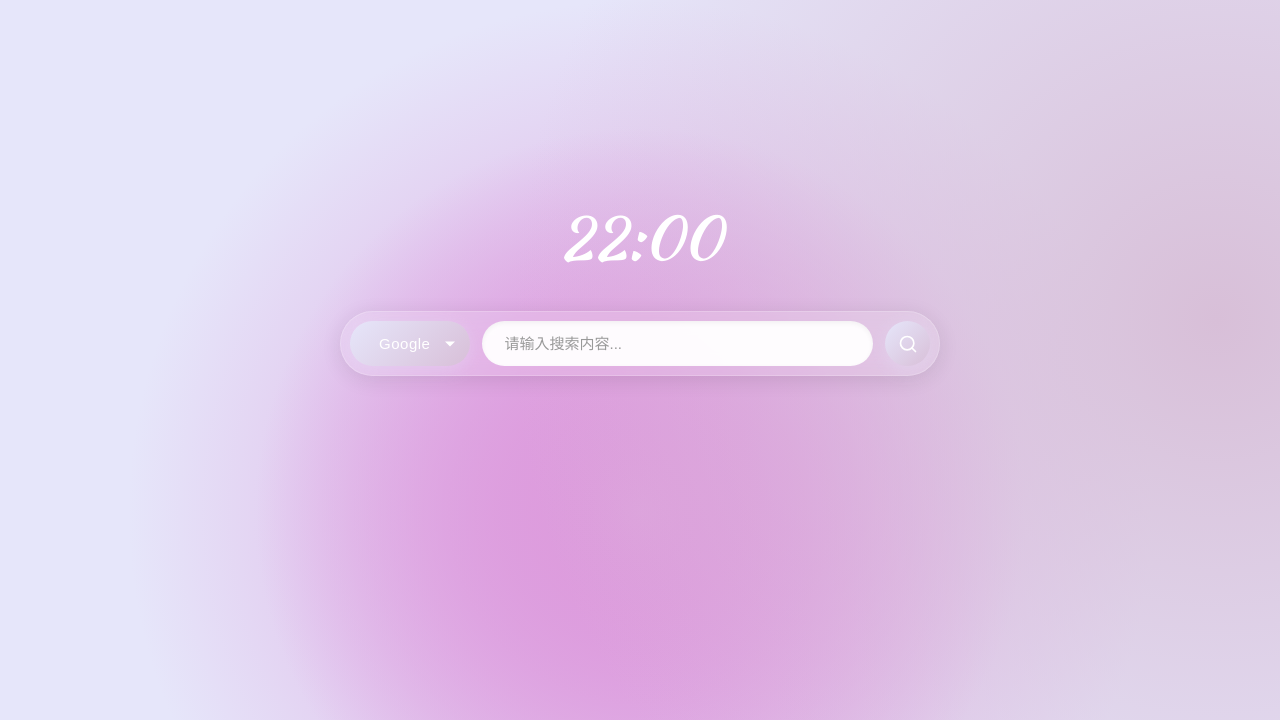
Repository: RADEKWRLD/NaviR
Page: index.html
An editor plug-in stored every save of this project. The page is shown before and after the next save, followed by the edit.
The browser window is 1280 px wide. The pictures show the whole page.

Above is the page before, as saved 2025-05-23 23:18:32.
Console error: TypeError: Cannot read properties of null (reading 'appendChild')

### index.html
<!DOCTYPE html>
<html lang="en">
<head>
    <meta charset="UTF-8">
    <meta name="viewport" content="width=device-width, initial-scale=1.0">
    <title>Document</title>
    <link rel="stylesheet" href="style.css">
</head>
<body>
    <div id="main">
        <div id="clock"><span>00:00</span></div>

        <div class="search-container">
            <form id="search-form">
                <div class="engine-dropdown">
                    <button type="button" id="engine-btn" class="engine-btn">Google</button>
                    <ul id="engine-menu" class="engine-menu">
                        <li data-value="Google">
                            <!-- Google SVG -->
                            <svg width="20" height="20" viewBox="0 0 48 48"><g><path fill="#4285F4" d="M43.6 20.5H42V20H24v8h11.3C34.7 32.1 30.1 36 24 36c-6.6 0-12-5.4-12-12s5.4-12 12-12c2.7 0 5.2.9 7.2 2.4l6-6C33.5 5.1 28.1 3 24 3 12.9 3 4 11.9 4 23s8.9 20 20 20c11 0 19.7-8 19.7-20 0-1.3-.1-2.7-.3-4z"/><path fill="#34A853" d="M6.3 14.7l6.6 4.8C14.5 16.1 18.9 13 24 13c2.7 0 5.2.9 7.2 2.4l6-6C33.5 5.1 28.1 3 24 3c-7.7 0-14.2 4.4-17.7 10.7z"/><path fill="#FBBC05" d="M24 43c6.1 0 11.2-2 14.9-5.4l-6.9-5.7C30.1 36 25.5 38 24 38c-5.1 0-9.5-3.1-11.1-7.5l-6.6 5.1C9.8 39.6 16.3 43 24 43z"/><path fill="#EA4335" d="M43.6 20.5H42V20H24v8h11.3c-1.1 3.1-4.3 6-7.3 7.5l6.9 5.7C40.2 39.6 44 32.7 44 24c0-1.3-.1-2.7-.4-3.5z"/></g></svg>
                            Google
                        </li>
                        <li data-value="Bing">
                            <!-- 新 Bing SVG -->
                            <svg class="icon" width="20" height="20" viewBox="0 0 1024 1024" version="1.1" xmlns="http://www.w3.org/2000/svg">
                                <path d="M213.333333 770.986667 626.346667 546.986667 512 491.946667 442.453333 332.8 810.666667 452.266667 810.666667 631.466667 382.72 890.453333 213.333333 770.986667 213.333333 133.546667 384 192 384 618.666667 213.333333 770.986667Z"></path>
                            </svg>
                            Bing
                        </li>
                        <li data-value="百度">
                            <!-- 百度 SVG -->
                            <svg xmlns="http://www.w3.org/2000/svg" viewBox="32.482 0 961.665 1077.564" width="20" height="20">
                                <path fill="#3245DF" d="M184.682 538.759c111.177-23.874 96.03-156.737 92.702-185.776-5.445-44.768-58.102-123.02-129.606-116.831-89.98 8.074-103.126 138.052-103.126 138.052-12.17 60.08 29.132 188.452 140.03 164.555zM302.746 769.86c-3.257 9.331-10.517 33.228-4.234 54.03 12.402 46.677 52.912 48.77 52.912 48.77h58.218V730.35h-62.336c-28.016 8.354-41.535 30.157-44.56 39.51zm88.281-453.898c61.406 0 111.037-70.667 111.037-158.04C502.064 70.643 452.433 0 391.027 0c-61.312 0-111.06 70.643-111.06 157.923 0 87.373 49.77 158.04 111.06 158.04zm264.47 10.447c82.068 10.657 134.84-76.925 145.335-143.31 10.703-66.292-42.256-143.288-100.357-156.527-58.218-13.356-130.909 79.904-137.54 140.704-7.912 74.32 10.633 148.593 92.562 159.133zm201.086 390.213s-126.976-98.24-201.11-204.414C555 355.66 412.272 419.37 364.525 498.993 316.987 578.594 242.9 628.947 232.382 642.28c-10.68 13.124-153.385 90.166-121.694 230.87 31.669 140.612 142.939 137.936 142.939 137.936s81.998 8.074 177.12-13.217c95.168-21.104 177.096 5.26 177.096 5.26s222.284 74.435 283.108-68.852c60.754-143.334-34.368-217.654-34.368-217.654zM476.26 929.88H331.739c-62.406-12.449-87.257-55.03-90.398-62.29-3.072-7.376-20.802-41.604-11.425-99.845 26.968-87.257 103.87-93.516 103.87-93.516h76.926v-94.563l65.524 1V929.88zm269.146-1h-166.3c-64.453-16.614-67.455-62.407-67.455-62.407v-183.89l67.455-1.094v165.276c4.119 17.637 26.015 20.825 26.015 20.825h68.525V682.581h71.76v246.297zm235.408-490.99c0-31.76-26.387-127.394-124.23-127.394-98.008 0-111.108 90.258-111.108 154.06 0 60.894 5.142 145.894 126.883 143.195 121.788-2.7 108.455-137.936 108.455-169.86zm0 0"/>
                            </svg>
                            百度
                        </li>
                        <li data-value="BingCN">
                            <!-- 新必应中国 SVG（同 Bing） -->
                            <svg class="icon" width="20" height="20" viewBox="0 0 1024 1024" version="1.1" xmlns="http://www.w3.org/2000/svg">
                                <path d="M213.333333 770.986667 626.346667 546.986667 512 491.946667 442.453333 332.8 810.666667 452.266667 810.666667 631.466667 382.72 890.453333 213.333333 770.986667 213.333333 133.546667 384 192 384 618.666667 213.333333 770.986667Z"></path>
                            </svg>
                            BingCN
                        </li>
                        <li data-value="GitHub">
                            <!-- GitHub SVG -->
                            <svg width="20" height="20" viewBox="0 0 24 24"><path fill="#181717" d="M12 2C6.48 2 2 6.58 2 12.26c0 4.5 2.87 8.32 6.84 9.67.5.09.68-.22.68-.48 0-.24-.01-.87-.01-1.7-2.78.62-3.37-1.36-3.37-1.36-.45-1.17-1.1-1.48-1.1-1.48-.9-.63.07-.62.07-.62 1 .07 1.53 1.05 1.53 1.05.89 1.56 2.34 1.11 2.91.85.09-.66.35-1.11.63-1.37-2.22-.26-4.56-1.14-4.56-5.07 0-1.12.39-2.03 1.03-2.75-.1-.26-.45-1.3.1-2.7 0 0 .84-.28 2.75 1.05A9.38 9.38 0 0 1 12 6.84c.85.004 1.71.12 2.51.35 1.91-1.33 2.75-1.05 2.75-1.05.55 1.4.2 2.44.1 2.7.64.72 1.03 1.63 1.03 2.75 0 3.94-2.34 4.81-4.57 5.07.36.32.68.94.68 1.9 0 1.37-.01 2.47-.01 2.8 0 .27.18.58.69.48A10.01 10.01 0 0 0 22 12.26C22 6.58 17.52 2 12 2Z"/></svg>
                            GitHub
                        </li>
                        <li data-value="知乎">
                            <!-- 知乎 SVG（简化版） -->
                            <svg width="20" height="20" viewBox="0 0 48 48"><rect x="8" y="8" width="32" height="32" rx="6" fill="#0084ff"/><text x="24" y="32" text-anchor="middle" font-size="18" fill="#fff" font-family="Arial">知</text></svg>
                            知乎
                        </li>
                    </ul>
                </div>
                <input type="text" id="search-input" placeholder="请输入搜索内容...">
                <button type="submit" class="search-icon" id="search-btn">
                    <svg xmlns="http://www.w3.org/2000/svg" width="20" height="20" viewBox="0 0 24 24" fill="none" stroke="currentColor" stroke-width="2" stroke-linecap="round" stroke-linejoin="round">
                        <circle cx="11" cy="11" r="8"></circle>
                        <line x1="21" y1="21" x2="16.65" y2="16.65"></line>
                    </svg>
                </button>
            </form>
        </div>




    </div>




    <script src="main/script.js"></script>
</body>
</html>

### style.css
@font-face {
    font-family: 'Kaushan Script';
    src: url('/Kaushan_Script/KaushanScript-Regular.ttf') format('truetype');
}

:root {
    font-size: 15px;
    /* Default color scheme */
    --primary-color: #e493d0;
    --gradient-1: rgba(235, 105, 78, 1);
    --gradient-2: rgba(243, 11, 164, 1);
    --gradient-3: rgba(254, 234, 131, 1);
    --gradient-4: rgba(170, 142, 245, 1);
    --gradient-5: rgba(248, 192, 147, 1);
    /* Button colors */
    --button-gradient-start: #e493d0;
    --button-gradient-end: #d17dbd;
    --button-hover-start: #d17dbd;
    --button-hover-end: #e493d0;
    --button-shadow: rgba(228, 147, 208, 0.3);
    --button-hover-shadow: rgba(228, 147, 208, 0.4);
}

/* Color scheme 1 - Pink Theme */
[data-theme="pink"] {
    --primary-color: #e493d0;
    --gradient-1: rgba(235, 105, 78, 1);
    --gradient-2: rgba(243, 11, 164, 1);
    --gradient-3: rgba(254, 234, 131, 1);
    --gradient-4: rgba(170, 142, 245, 1);
    --gradient-5: rgba(248, 192, 147, 1);
    --button-gradient-start: #e493d0;
    --button-gradient-end: #d17dbd;
    --button-hover-start: #d17dbd;
    --button-hover-end: #e493d0;
    --button-shadow: rgba(228, 147, 208, 0.3);
    --button-hover-shadow: rgba(228, 147, 208, 0.4);
}

/* Color scheme 2 - Deep Ocean */
[data-theme="deep-ocean"] {
    --primary-color: #1a237e;
    --gradient-1: rgba(26, 35, 126, 1);
    --gradient-2: rgba(13, 71, 161, 1);
    --gradient-3: rgba(25, 118, 210, 1);
    --gradient-4: rgba(2, 136, 209, 1);
    --gradient-5: rgba(0, 188, 212, 1);
    --button-gradient-start: #1a237e;
    --button-gradient-end: #0d47a1;
    --button-hover-start: #0d47a1;
    --button-hover-end: #1a237e;
    --button-shadow: rgba(26, 35, 126, 0.3);
    --button-hover-shadow: rgba(26, 35, 126, 0.4);
}

/* Color scheme 3 - Forest */
[data-theme="forest"] {
    --primary-color: #1b5e20;
    --gradient-1: rgba(27, 94, 32, 1);
    --gradient-2: rgba(46, 125, 50, 1);
    --gradient-3: rgba(76, 175, 80, 1);
    --gradient-4: rgba(129, 199, 132, 1);
    --gradient-5: rgba(165, 214, 167, 1);
    --button-gradient-start: #1b5e20;
    --button-gradient-end: #2e7d32;
    --button-hover-start: #2e7d32;
    --button-hover-end: #1b5e20;
    --button-shadow: rgba(27, 94, 32, 0.3);
    --button-hover-shadow: rgba(27, 94, 32, 0.4);
}

/* Color scheme 4 - Sunset */
[data-theme="sunset"] {
    --primary-color: #d32f2f;
    --gradient-1: rgba(211, 47, 47, 1);
    --gradient-2: rgba(244, 67, 54, 1);
    --gradient-3: rgba(255, 87, 34, 1);
    --gradient-4: rgba(255, 152, 0, 1);
    --gradient-5: rgba(255, 193, 7, 1);
    --button-gradient-start: #d32f2f;
    --button-gradient-end: #b71c1c;
    --button-hover-start: #b71c1c;
    --button-hover-end: #d32f2f;
    --button-shadow: rgba(211, 47, 47, 0.3);
    --button-hover-shadow: rgba(211, 47, 47, 0.4);
}

/* Color scheme 5 - Neon */
[data-theme="neon"] {
    --primary-color: #00e5ff;
    --gradient-1: rgba(0, 229, 255, 1);
    --gradient-2: rgba(0, 255, 128, 1);
    --gradient-3: rgba(255, 0, 255, 1);
    --gradient-4: rgba(255, 255, 0, 1);
    --gradient-5: rgba(255, 0, 128, 1);
    --button-gradient-start: #00e5ff;
    --button-gradient-end: #00b8d4;
    --button-hover-start: #00b8d4;
    --button-hover-end: #00e5ff;
    --button-shadow: rgba(0, 229, 255, 0.3);
    --button-hover-shadow: rgba(0, 229, 255, 0.4);
}

/* Color scheme 6 - Royal */
[data-theme="royal"] {
    --primary-color: #4a148c;
    --gradient-1: rgba(74, 20, 140, 1);
    --gradient-2: rgba(123, 31, 162, 1);
    --gradient-3: rgba(156, 39, 176, 1);
    --gradient-4: rgba(186, 104, 200, 1);
    --gradient-5: rgba(233, 30, 99, 1);
    --button-gradient-start: #4a148c;
    --button-gradient-end: #7b1fa2;
    --button-hover-start: #7b1fa2;
    --button-hover-end: #4a148c;
    --button-shadow: rgba(74, 20, 140, 0.3);
    --button-hover-shadow: rgba(74, 20, 140, 0.4);
}

/* Color scheme 7 - Desert */
[data-theme="desert"] {
    --primary-color: #bf360c;
    --gradient-1: rgba(191, 54, 12, 1);
    --gradient-2: rgba(230, 81, 0, 1);
    --gradient-3: rgba(255, 112, 67, 1);
    --gradient-4: rgba(255, 171, 145, 1);
    --gradient-5: rgba(255, 204, 188, 1);
    --button-gradient-start: #bf360c;
    --button-gradient-end: #e65100;
    --button-hover-start: #e65100;
    --button-hover-end: #bf360c;
    --button-shadow: rgba(191, 54, 12, 0.3);
    --button-hover-shadow: rgba(191, 54, 12, 0.4);
}

/* Color scheme 8 - Aurora */
[data-theme="aurora"] {
    --primary-color: #006064;
    --gradient-1: rgba(0, 96, 100, 1);
    --gradient-2: rgba(0, 188, 212, 1);
    --gradient-3: rgba(0, 229, 255, 1);
    --gradient-4: rgba(77, 208, 225, 1);
    --gradient-5: rgba(178, 235, 242, 1);
    --button-gradient-start: #006064;
    --button-gradient-end: #00838f;
    --button-hover-start: #00838f;
    --button-hover-end: #006064;
    --button-shadow: rgba(0, 96, 100, 0.3);
    --button-hover-shadow: rgba(0, 96, 100, 0.4);
}

/* Color scheme 9 - Cherry */
[data-theme="cherry"] {
    --primary-color: #880e4f;
    --gradient-1: rgba(136, 14, 79, 1);
    --gradient-2: rgba(194, 24, 91, 1);
    --gradient-3: rgba(233, 30, 99, 1);
    --gradient-4: rgba(244, 143, 177, 1);
    --gradient-5: rgba(248, 187, 208, 1);
    --button-gradient-start: #880e4f;
    --button-gradient-end: #c2185b;
    --button-hover-start: #c2185b;
    --button-hover-end: #880e4f;
    --button-shadow: rgba(136, 14, 79, 0.3);
    --button-hover-shadow: rgba(136, 14, 79, 0.4);
}

/* Color scheme 10 - Emerald */
[data-theme="emerald"] {
    --primary-color: #004d40;
    --gradient-1: rgba(0, 77, 64, 1);
    --gradient-2: rgba(0, 105, 92, 1);
    --gradient-3: rgba(0, 150, 136, 1);
    --gradient-4: rgba(38, 166, 154, 1);
    --gradient-5: rgba(77, 182, 172, 1);
    --button-gradient-start: #004d40;
    --button-gradient-end: #00695c;
    --button-hover-start: #00695c;
    --button-hover-end: #004d40;
    --button-shadow: rgba(0, 77, 64, 0.3);
    --button-hover-shadow: rgba(0, 77, 64, 0.4);
}

/* Color scheme 11 - Dark Night */
[data-theme="dark-night"] {
    --primary-color: #1a1a1a;
    --gradient-1: rgba(26, 26, 26, 1);
    --gradient-2: rgba(45, 45, 45, 1);
    --gradient-3: rgba(66, 66, 66, 1);
    --gradient-4: rgba(97, 97, 97, 1);
    --gradient-5: rgba(158, 158, 158, 1);
    --button-gradient-start: #424242;
    --button-gradient-end: #212121;
    --button-hover-start: #212121;
    --button-hover-end: #424242;
    --button-shadow: rgba(0, 0, 0, 0.3);
    --button-hover-shadow: rgba(0, 0, 0, 0.4);
}

/* Color scheme 12 - Pure White */
[data-theme="pure-white"] {
    --primary-color: #ffffff;
    --gradient-1: rgba(255, 255, 255, 1);
    --gradient-2: rgba(245, 245, 245, 1);
    --gradient-3: rgba(238, 238, 238, 1);
    --gradient-4: rgba(224, 224, 224, 1);
    --gradient-5: rgba(189, 189, 189, 1);
    --button-gradient-start: #e0e0e0;
    --button-gradient-end: #bdbdbd;
    --button-hover-start: #bdbdbd;
    --button-hover-end: #e0e0e0;
    --button-shadow: rgba(0, 0, 0, 0.1);
    --button-hover-shadow: rgba(0, 0, 0, 0.15);
}

/* Color scheme 13 - Cyberpunk */
[data-theme="cyberpunk"] {
    --primary-color: #ff00ff;
    --gradient-1: rgba(255, 0, 255, 1);
    --gradient-2: rgba(0, 255, 255, 1);
    --gradient-3: rgba(255, 255, 0, 1);
    --gradient-4: rgba(0, 255, 0, 1);
    --gradient-5: rgba(255, 0, 0, 1);
    --button-gradient-start: #ff00ff;
    --button-gradient-end: #00ffff;
    --button-hover-start: #00ffff;
    --button-hover-end: #ff00ff;
    --button-shadow: rgba(255, 0, 255, 0.3);
    --button-hover-shadow: rgba(255, 0, 255, 0.4);
}

/* Color scheme 14 - Pastel */
[data-theme="pastel"] {
    --primary-color: #ffb3ba;
    --gradient-1: rgba(255, 179, 186, 1);
    --gradient-2: rgba(255, 223, 186, 1);
    --gradient-3: rgba(255, 255, 186, 1);
    --gradient-4: rgba(186, 255, 201, 1);
    --gradient-5: rgba(186, 225, 255, 1);
    --button-gradient-start: #ffb3ba;
    --button-gradient-end: #ff8a98;
    --button-hover-start: #ff8a98;
    --button-hover-end: #ffb3ba;
    --button-shadow: rgba(255, 179, 186, 0.3);
    --button-hover-shadow: rgba(255, 179, 186, 0.4);
}

/* Color scheme 15 - Midnight */
[data-theme="midnight"] {
    --primary-color: #0a192f;
    --gradient-1: rgba(10, 25, 47, 1);
    --gradient-2: rgba(17, 34, 64, 1);
    --gradient-3: rgba(24, 43, 81, 1);
    --gradient-4: rgba(31, 52, 98, 1);
    --gradient-5: rgba(38, 61, 115, 1);
    --button-gradient-start: #0a192f;
    --button-gradient-end: #172a45;
    --button-hover-start: #172a45;
    --button-hover-end: #0a192f;
    --button-shadow: rgba(10, 25, 47, 0.3);
    --button-hover-shadow: rgba(10, 25, 47, 0.4);
}

/* Color scheme 16 - Lavender */
[data-theme="lavender"] {
    --primary-color: #e6e6fa;
    --gradient-1: rgba(230, 230, 250, 1);
    --gradient-2: rgba(216, 191, 216, 1);
    --gradient-3: rgba(221, 160, 221, 1);
    --gradient-4: rgba(218, 112, 214, 1);
    --gradient-5: rgba(199, 21, 133, 1);
    --button-gradient-start: #e6e6fa;
    --button-gradient-end: #d8bfd8;
    --button-hover-start: #d8bfd8;
    --button-hover-end: #e6e6fa;
    --button-shadow: rgba(230, 230, 250, 0.3);
    --button-hover-shadow: rgba(230, 230, 250, 0.4);
}

/* Color scheme 17 - Ocean */
[data-theme="ocean"] {
    --primary-color: #0077be;
    --gradient-1: rgba(0, 119, 190, 1);
    --gradient-2: rgba(0, 105, 148, 1);
    --gradient-3: rgba(0, 91, 106, 1);
    --gradient-4: rgba(0, 77, 64, 1);
    --gradient-5: rgba(0, 63, 22, 1);
    --button-gradient-start: #0077be;
    --button-gradient-end: #005f94;
    --button-hover-start: #005f94;
    --button-hover-end: #0077be;
    --button-shadow: rgba(0, 119, 190, 0.3);
    --button-hover-shadow: rgba(0, 119, 190, 0.4);
}

/* Color scheme 18 - Autumn */
[data-theme="autumn"] {
    --primary-color: #d35400;
    --gradient-1: rgba(211, 84, 0, 1);
    --gradient-2: rgba(230, 126, 34, 1);
    --gradient-3: rgba(243, 156, 18, 1);
    --gradient-4: rgba(241, 196, 15, 1);
    --gradient-5: rgba(211, 84, 0, 1);
    --button-gradient-start: #d35400;
    --button-gradient-end: #e67e22;
    --button-hover-start: #e67e22;
    --button-hover-end: #d35400;
    --button-shadow: rgba(211, 84, 0, 0.3);
    --button-hover-shadow: rgba(211, 84, 0, 0.4);
}

/* Color scheme 19 - Mint */
[data-theme="mint"] {
    --primary-color: #98ff98;
    --gradient-1: rgba(152, 255, 152, 1);
    --gradient-2: rgba(144, 238, 144, 1);
    --gradient-3: rgba(0, 255, 127, 1);
    --gradient-4: rgba(0, 255, 0, 1);
    --gradient-5: rgba(50, 205, 50, 1);
    --button-gradient-start: #98ff98;
    --button-gradient-end: #90ee90;
    --button-hover-start: #90ee90;
    --button-hover-end: #98ff98;
    --button-shadow: rgba(152, 255, 152, 0.3);
    --button-hover-shadow: rgba(152, 255, 152, 0.4);
}

/* Color scheme 20 - Galaxy */
[data-theme="galaxy"] {
    --primary-color: #2c003e;
    --gradient-1: rgba(44, 0, 62, 1);
    --gradient-2: rgba(72, 0, 72, 1);
    --gradient-3: rgba(100, 0, 82, 1);
    --gradient-4: rgba(128, 0, 92, 1);
    --gradient-5: rgba(156, 0, 102, 1);
    --button-gradient-start: #2c003e;
    --button-gradient-end: #4a004a;
    --button-hover-start: #4a004a;
    --button-hover-end: #2c003e;
    --button-shadow: rgba(44, 0, 62, 0.3);
    --button-hover-shadow: rgba(44, 0, 62, 0.4);
}

body {
    font-family: 'Quicksand', sans-serif;
    margin: 0;
    min-height: 100vh;
    background-color: var(--primary-color);
    background-image:
        radial-gradient(closest-side, var(--gradient-1), transparent),
        radial-gradient(closest-side, var(--gradient-2), transparent),
        radial-gradient(closest-side, var(--gradient-3), transparent),
        radial-gradient(closest-side, var(--gradient-4), transparent),
        radial-gradient(closest-side, var(--gradient-5), transparent);
    background-size:
        130vmax 130vmax,
        80vmax 80vmax,
        90vmax 90vmax,
        110vmax 110vmax,
        90vmax 90vmax;
    background-position:
        -80vmax -80vmax,
        60vmax -30vmax,
        10vmax 10vmax,
        -30vmax -10vmax,
        50vmax 50vmax;
    background-repeat: no-repeat;
    animation: 10s movement linear infinite;
}

@keyframes movement {

    0%,
    100% {
        background-size:
            130vmax 130vmax,
            80vmax 80vmax,
            90vmax 90vmax,
            110vmax 110vmax,
            90vmax 90vmax;
        background-position:
            -80vmax -80vmax,
            60vmax -30vmax,
            10vmax 10vmax,
            -30vmax -10vmax,
            50vmax 50vmax;
    }

    25% {
        background-size:
            100vmax 100vmax,
            90vmax 90vmax,
            100vmax 100vmax,
            90vmax 90vmax,
            60vmax 60vmax;
        background-position:
            -60vmax -90vmax,
            50vmax -40vmax,
            0vmax -20vmax,
            -40vmax -20vmax,
            40vmax 60vmax;
    }

    50% {
        background-size:
            80vmax 80vmax,
            110vmax 110vmax,
            80vmax 80vmax,
            60vmax 60vmax,
            80vmax 80vmax;
        background-position:
            -50vmax -70vmax,
            40vmax -30vmax,
            10vmax 0vmax,
            20vmax 10vmax,
            30vmax 70vmax;
    }

    75% {
        background-size:
            90vmax 90vmax,
            90vmax 90vmax,
            100vmax 100vmax,
            90vmax 90vmax,
            70vmax 70vmax;
        background-position:
            -50vmax -40vmax,
            50vmax -30vmax,
            20vmax 0vmax,
            -10vmax 10vmax,
            40vmax 60vmax;
    }
}

#main {
    transition: all 0.3s ease;
    transform: translateY(-5rem);
    display: flex;
    flex-direction: column;
    align-items: center;
    justify-content: center;
    height: 100vh;
}

#clock {
    font-size: 4rem;
    color: #fff;
    font-family: 'Kaushan Script', cursive;
}

.search-container {
    margin-top: 2rem;
    width: 100%;
    max-width: 600px;
    padding: 0 1rem;
}

#search-form {
    display: flex;
    gap: 0.8rem;
    background: rgba(255, 255, 255, 0.15);
    padding: 0.6rem;
    border-radius: 50px;
    backdrop-filter: blur(10px);
    box-shadow: 0 4px 20px rgba(0, 0, 0, 0.1);
    border: 1px solid rgba(255, 255, 255, 0.2);
    transition: all 0.3s ease;
}

#search-form:hover {
    background: rgba(255, 255, 255, 0.2);
    box-shadow: 0 8px 25px rgba(0, 0, 0, 0.15);
    transform: translateY(-1px);
}

#search-input {
    flex: 1;
    padding: 0.8rem 1.5rem;
    border: none;
    border-radius: 25px;
    background: rgba(255, 255, 255, 0.95);
    color: #333;
    font-family: 'Quicksand', sans-serif;
    font-size: 1rem;
    outline: none;
    transition: all 0.3s ease;
    box-shadow: inset 0 2px 5px rgba(0, 0, 0, 0.05);
}

#search-input:focus {
    background: #fff;
    box-shadow: inset 0 2px 5px rgba(0, 0, 0, 0.05),
        0 0 0 3px rgba(228, 147, 208, 0.2);
}

#search-input::placeholder {
    color: #999;
    font-weight: 500;
}

#search-form button {
    border: none;
    background: linear-gradient(135deg, var(--button-gradient-start), var(--button-gradient-end));
    color: white;
    font-family: 'Quicksand', sans-serif;
    cursor: pointer;
    transition: all 0.3s ease;
    display: flex;
    align-items: center;
    justify-content: center;
    box-shadow: 0 4px 15px var(--button-shadow);
}

#engine-btn {
    width: 3rem;
    border-radius: 25px;
}

#search-form #search-btn {
    width: 45px;
    height: 45px;
    border-radius: 50%;
}

#search-form #search-btn:hover {
    background: linear-gradient(135deg, var(--button-hover-start), var(--button-hover-end));
    transform: scale(1.05) rotate(360deg);
    box-shadow: 0 6px 20px var(--button-hover-shadow);
}

#search-form button svg {
    width: 20px;
    height: 20px;
    transition: all 0.3s ease;
}

#search-form button:hover svg {
    transform: scale(1.1);
}

.engine-dropdown {
    position: relative;
}

.engine-btn {
    padding: 0.7rem 1.8rem;
    border: none;
    border-radius: 25px;
    background: linear-gradient(135deg, var(--button-gradient-start), var(--button-gradient-end));
    backdrop-filter: blur(10px);
    color: #fff;
    font-family: 'Quicksand', sans-serif;
    cursor: pointer;
    outline: none;
    min-width: 120px;
    font-size: 1rem;
    height: 45px;
    display: flex;
    align-items: center;
    justify-content: center;
    transition: all 0.3s ease;
    box-shadow: 0 2px 8px var(--button-shadow);
    font-weight: 500;
    letter-spacing: 0.5px;
    position: relative;
    padding-right: 2.5rem;
}

.engine-btn::after {
    content: '';
    position: absolute;
    right: 1rem;
    top: 50%;
    transform: translateY(-50%);
    width: 0;
    height: 0;
    border-left: 5px solid transparent;
    border-right: 5px solid transparent;
    border-top: 5px solid #fff;
    transition: transform 0.3s ease;
}

.engine-btn:hover {
    background: linear-gradient(135deg, var(--button-hover-start), var(--button-hover-end));
    transform: translateY(-1px);
    box-shadow: 0 4px 12px var(--button-hover-shadow);
}

.engine-menu {
    display: none;
    position: absolute;
    top: 110%;
    left: 0;
    z-index: 10;
    background: rgba(255, 255, 255, 0.95);
    backdrop-filter: blur(10px);
    border-radius: 16px;
    box-shadow: 0 8px 24px rgba(0, 0, 0, 0.12);
    list-style: none;
    margin: 0;
    padding: 0.5rem;
    min-width: 140px;
    font-family: 'Quicksand', sans-serif;
    border: 1px solid rgba(255, 255, 255, 0.2);
}

.engine-menu.show {
    display: block;
    animation: fadeIn 0.2s ease;
}

@keyframes fadeIn {
    from {
        opacity: 0;
        transform: translateY(-10px);
    }

    to {
        opacity: 1;
        transform: translateY(0);
    }
}

.engine-menu li {
    padding: 0.8rem 1.2rem;
    cursor: pointer;
    transition: all 0.2s ease;
    color: #333;
    border: none;
    background: none;
    font-size: 0.95rem;
    border-radius: 12px;
    display: flex;
    align-items: center;
    gap: 8px;
}

.engine-menu li:hover {
    background: rgba(228, 147, 208, 0.1);
    color: #e493d0;
}

.engine-menu li svg {
    width: 18px;
    height: 18px;
    opacity: 0.8;
}

Loaded but not shown: main/script.js (149 lines, source omitted)

After the next save:
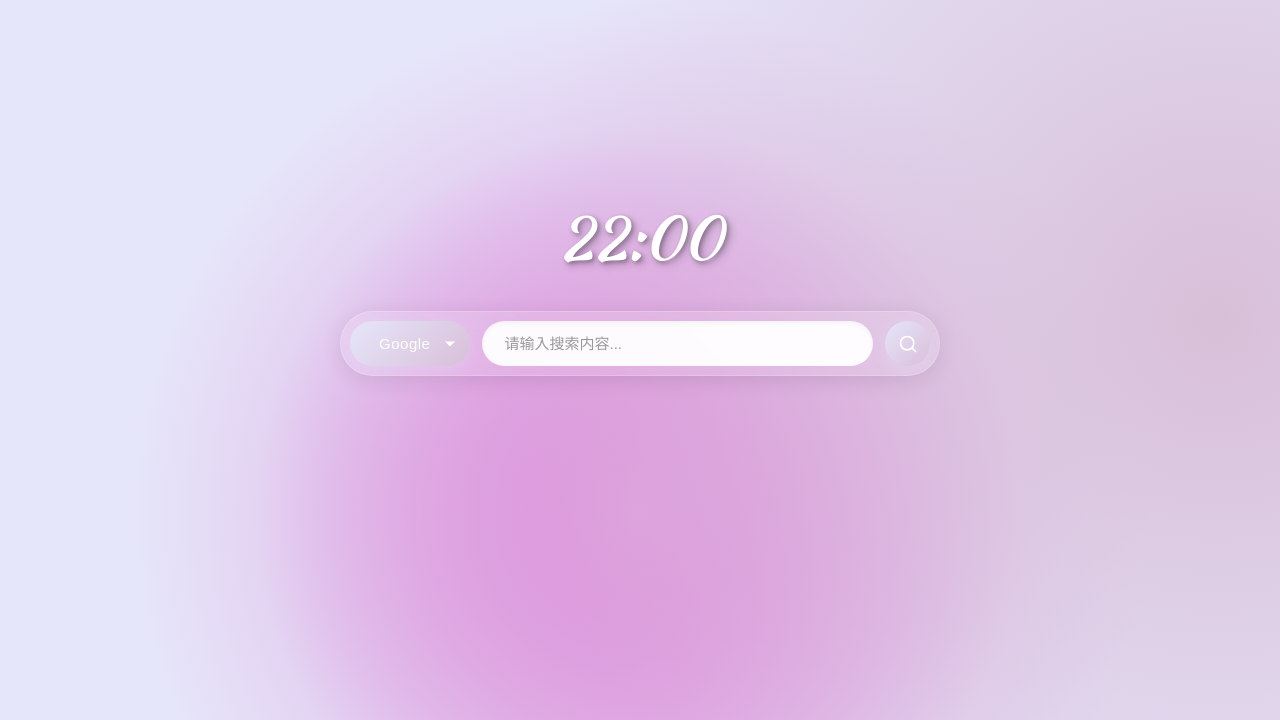
Saved 79 s later.
--- a/style.css
+++ b/style.css
@@ -446,6 +446,8 @@ body {
     font-size: 4rem;
     color: #fff;
     font-family: 'Kaushan Script', cursive;
+    text-shadow: 2px 2px 4px rgba(0, 0, 0, 0.3),
+                 4px 4px 8px rgba(0, 0, 0, 0.2);
 }
 
 .search-container {
